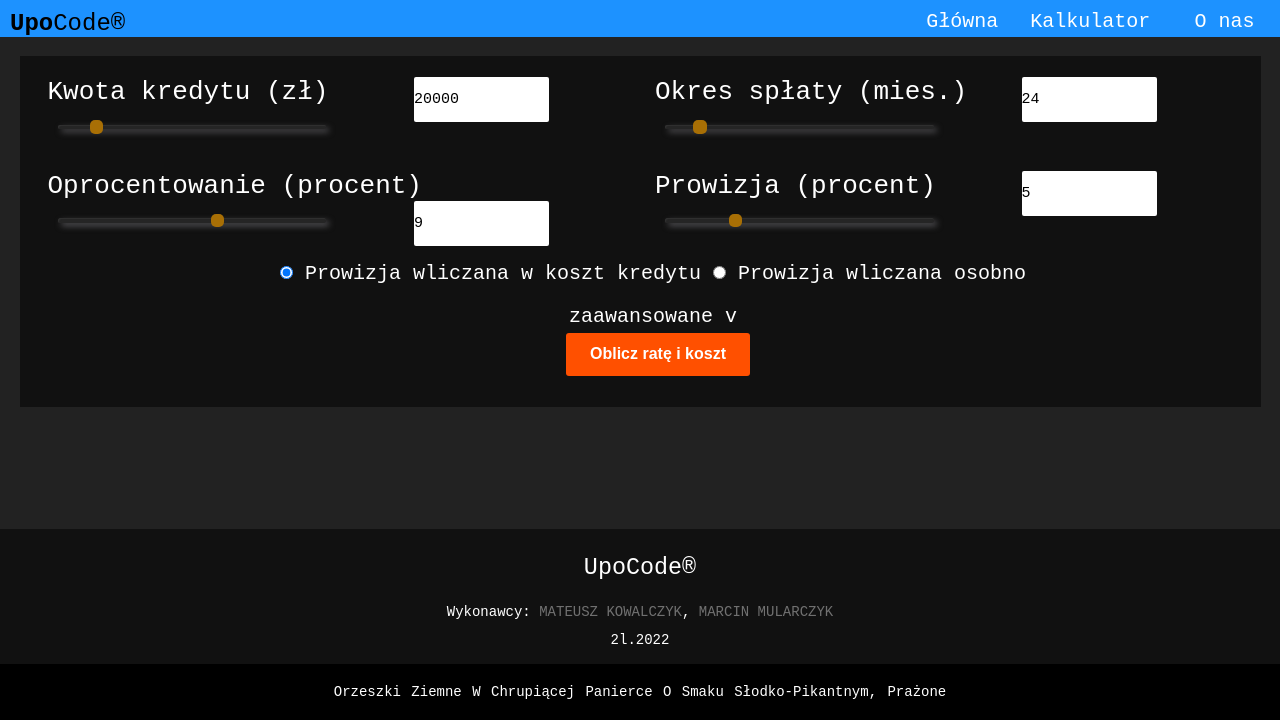
Repository: Klemingway/egzamin
Page: kalkulator.html
These files come from the project's save history. The page is drawn as it stood at one moment and after the next save; the edit follows.
The browser window is 1280 px wide. The pictures show the whole page.

Above is the page before, as saved 2023-01-25 12:07:56.

After the next save:
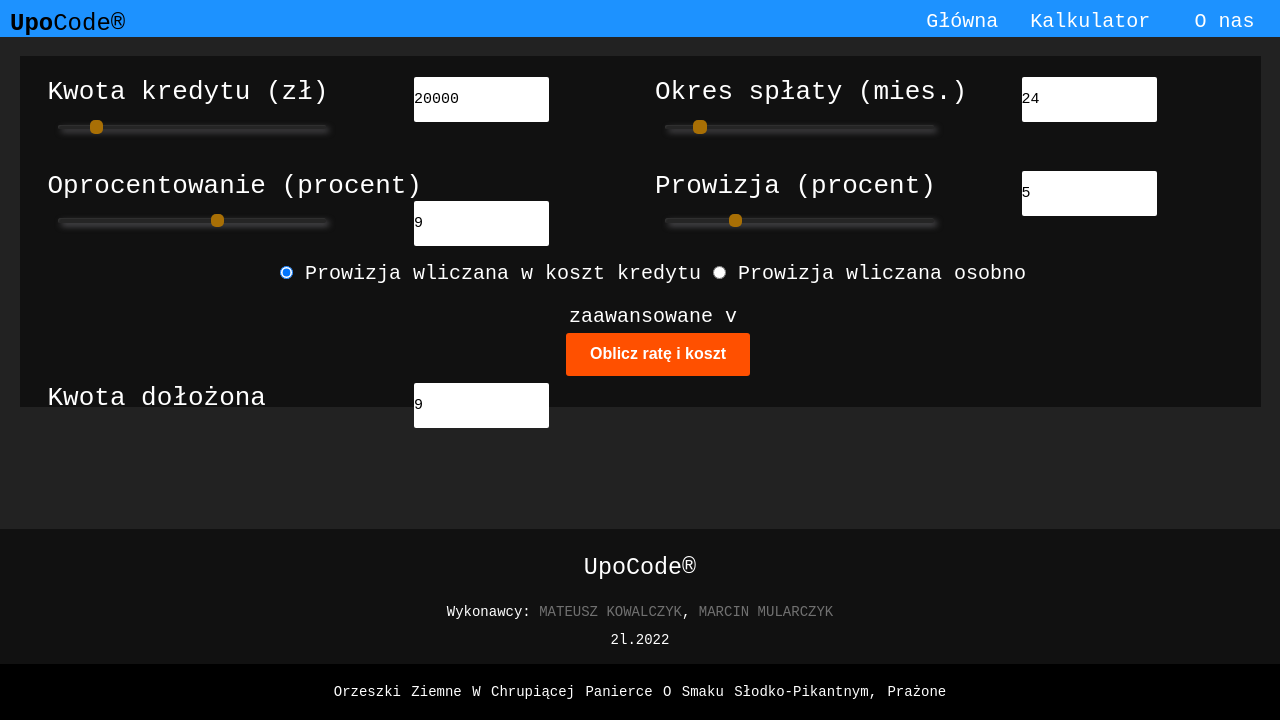
Saved 2 min 8 s later.
--- a/kalkulator.html
+++ b/kalkulator.html
@@ -65,6 +65,10 @@
     <div id="d7">
         <input type="button" id="guzik" value="Oblicz ratę i koszt" onclick="test()">
     </div>
+    <div id="d8" class="d">
+        Kwota dołożona
+        <input type="text" name="kwotadodana" pattern="[0-9]" id="kwotadodana" class="wej" value="9">
+    </div>
 </div>
 <!-- <div id="wyniki">
 
